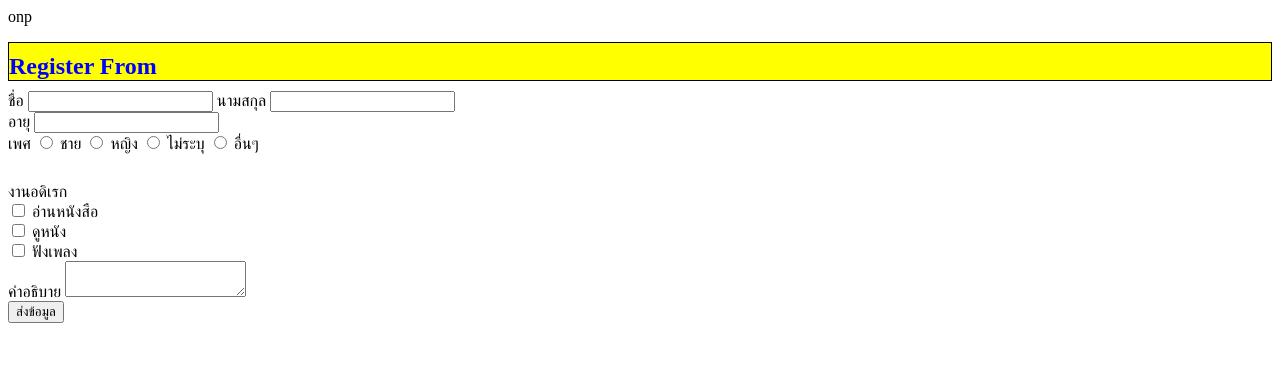
Repository: Onpreeya1/241-2567-820-
Page: index.html
The author's editor kept a copy of each file at every save. The page is drawn from the files as they stood at one save, then again after the next save.
The browser window is 1280 px wide. The pictures show the whole page.

Above is the page before, as saved 2024-12-21 15:10:43.

### index.html
<!DOCTYPE html>
<html lang="en">

<head>
    <meta charset="UTF-8">
    <meta name="viewport" content="width=device-width, initial-scale=1.0">
    <title>Document</title>
    <style>
        /*  มีไว้ให้เดฟอ่าน 1 แต่งใคร  id ,class ,dom 2แต่งอะไร*/
        body {
            font-family: "kanit";
            src: url('Kanit (1)/Kanit-Regular.ttf');
        }

        #register {
            font-size: 24px;
            color: blue;
            font-weight: 800;
            padding-top: 10px;
            margin-bottom: 10px;
            background-color: yellow;
            border: 1px solid black;
        }

        .feom {
           display: block;
        }
        .gender {
            display:inline-block;
            height: 50px;
            flex-direction: row-reverse;
        }

    </style>
</head>

<body>
    <div>
        onp
    </div>
   <div>

   </div>
    <!-- from -->
    <h1 id="register"> Register From</h1>
    <span class="header-from"> ชื่อ </span>
    <input type="text">
    นามสกุล
    <input type="text"> <br>
    อายุ
    <input type="number" min=" 0" max="100">
    <div>
        เพศ
        <div class="gender">
            <input name="grnder" type="radio"> ชาย
        </div>
        <div class="gender">
            <input name="grnder" type="radio"> หญิง
        </div>
        <div class="gender">
            <input name="grnder" type="radio"> ไม่ระบุ
        </div>
        <div class="gender">
            <input name="grnder" type="radio"> อื่นๆ
        </div>
        <div>
            งานอดิเรก
            <div>
                <input name="hobby" type="checkbox"> อ่านหนังสือ
            </div>
            <div>
                <input name="hobby" type="checkbox"> ดูหนัง
            </div>
            <div>
                <input name="hobby" type="checkbox"> ฟังเพลง
            </div>
        </div>
        <div>
            คำอธิบาย
            <textarea></textarea>
        </div>
        <button>ส่งข้อมูล</button>
</body>

</html>

After the next save:
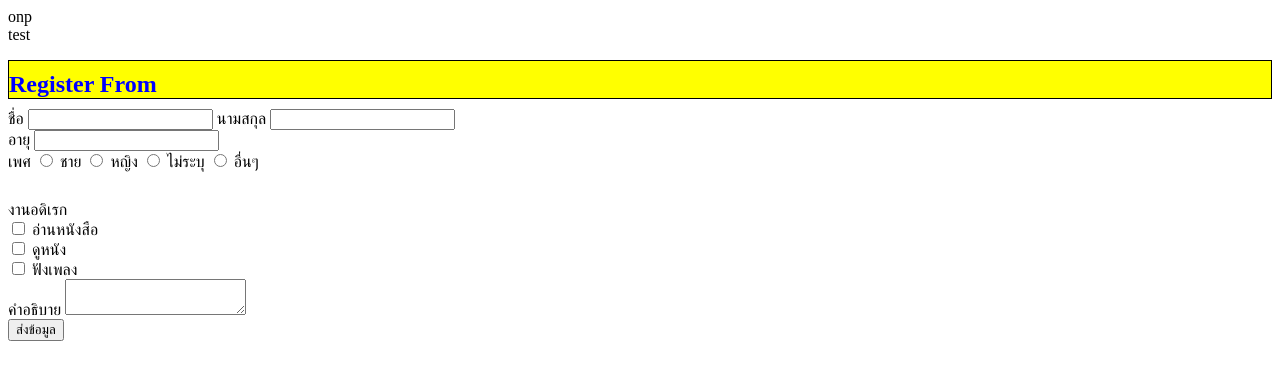
Saved 5 s later.
--- a/index.html
+++ b/index.html
@@ -39,7 +39,7 @@
         onp
     </div>
    <div>
-
+    test
    </div>
     <!-- from -->
     <h1 id="register"> Register From</h1>
